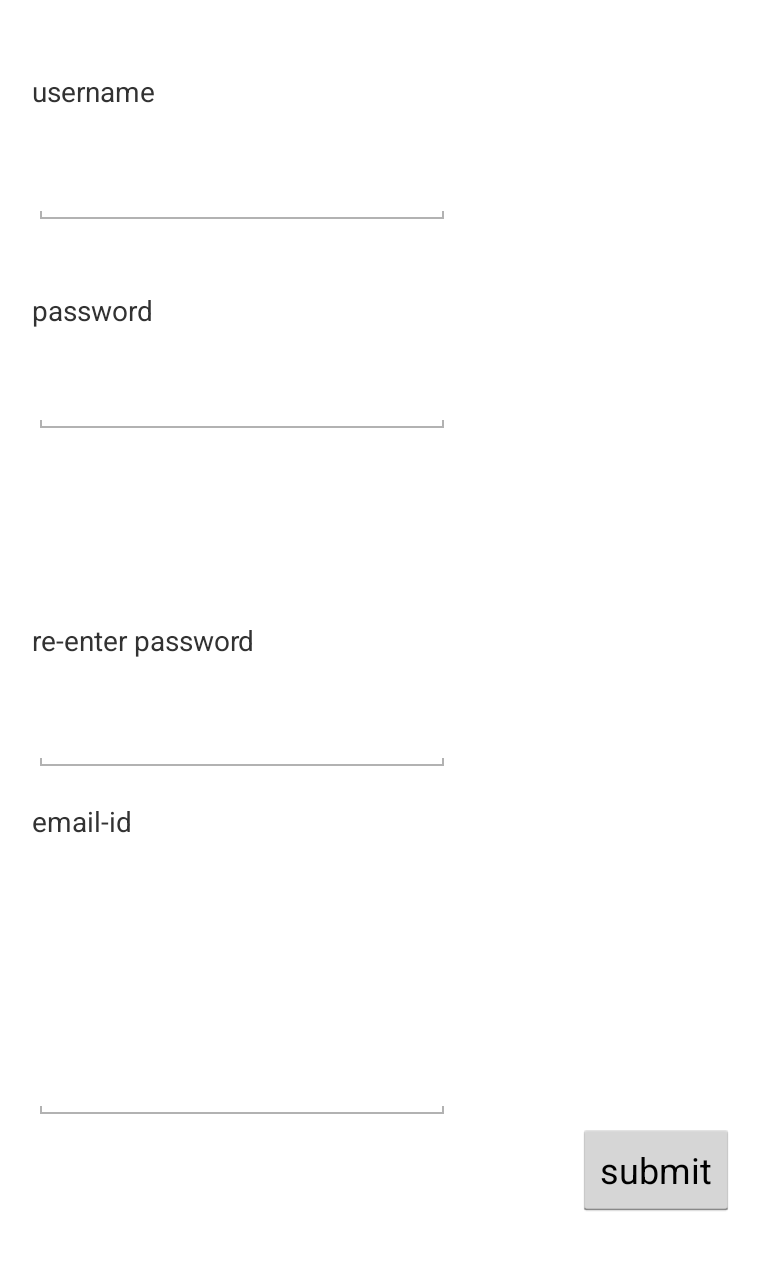
Repository: arjuntheprogrammer/iact
Layout: iact/iact android practice/mywork/login/res/layout/activity_third.xml
The author's editor kept a copy of each file at every save. The layout is drawn from the files as they stood at one save, then again after the next save.
It is drawn on a 768 x 1280 px phone screen (xhdpi) without system bars, with theme AppTheme; the app's code is not run.

Above is the layout before, as saved 2016-01-04 13:06:12.

After the next save:
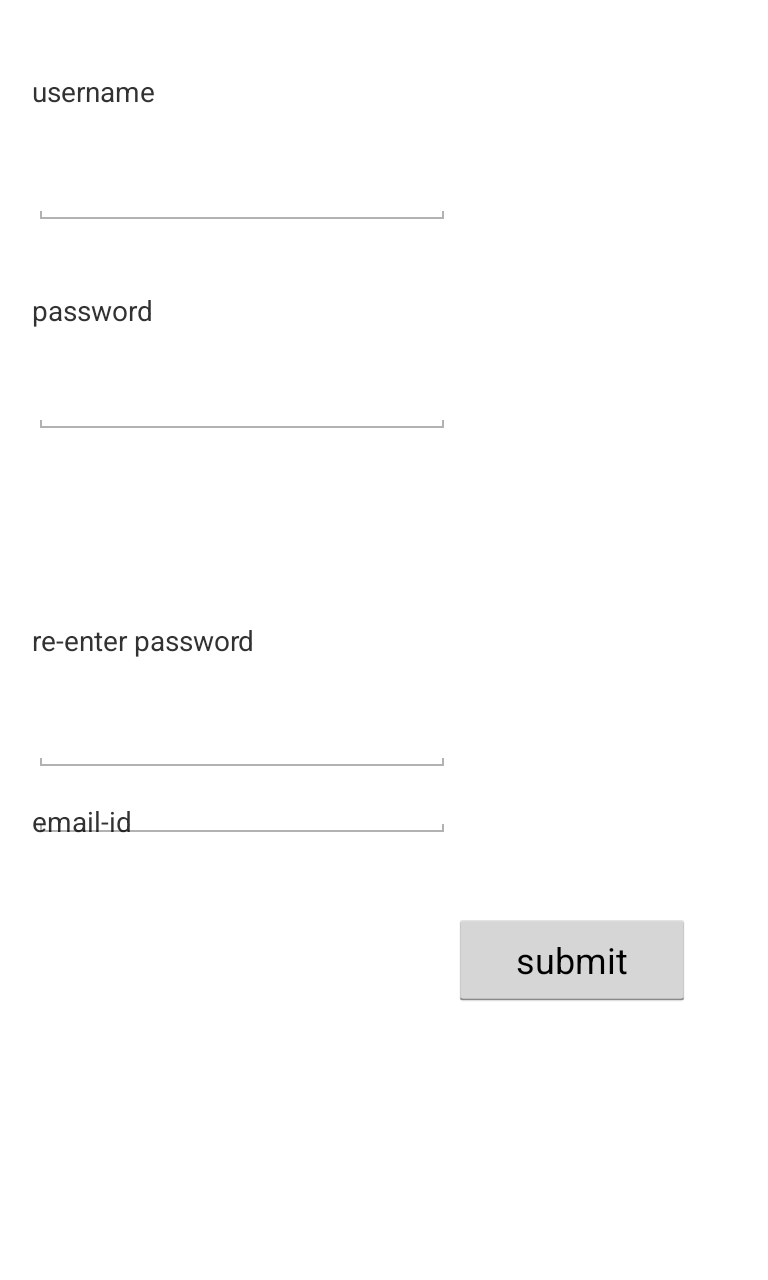
Saved 32 s later.
--- a/iact/iact android practice/mywork/login/res/layout/activity_third.xml
+++ b/iact/iact android practice/mywork/login/res/layout/activity_third.xml
@@ -36,15 +36,6 @@
         android:layout_below="@+id/textView1"
         android:layout_marginTop="19dp"
         android:ems="10" />
-
-    <Button
-        android:id="@+id/button1"
-        android:layout_width="wrap_content"
-        android:layout_height="wrap_content"
-        android:layout_alignParentBottom="true"
-        android:layout_alignParentRight="true"
-        android:layout_marginBottom="15dp"
-        android:text="submit" />
 
     <EditText
         android:id="@+id/editText2"
@@ -92,4 +83,13 @@
         android:ems="10"
         android:inputType="textEmailAddress" />
 
+    <Button
+        android:id="@+id/button1"
+        android:layout_width="120dp"
+        android:layout_height="wrap_content"
+        android:layout_below="@+id/textView4"
+        android:layout_marginTop="36dp"
+        android:layout_toRightOf="@+id/editText4"
+        android:text="submit" />
+
 </RelativeLayout>
